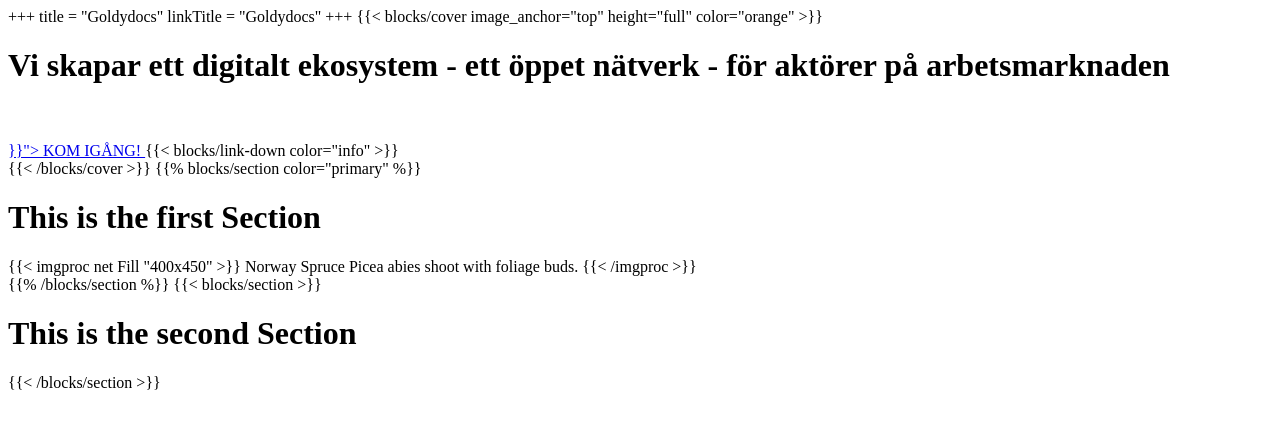
Repository: rudasn/docsy-cms-netlify
Page: content/sv/_index.html
An editor plug-in stored every save of this project. The page is shown before and after the next save, followed by the edit.
The browser window is 1280 px wide. The pictures show the whole page.

Above is the page before, as saved 2021-05-07 08:20:19.

### content/sv/_index.html
+++
title = "Goldydocs"
linkTitle = "Goldydocs"

+++

{{< blocks/cover  image_anchor="top" height="full" color="orange" >}}
<h1>Vi skapar ett digitalt ekosystem - ett öppet nätverk - för aktörer
	på arbetsmarknaden
</h1>
<br><br>
<div class="mx-auto">
	<a class="button -lg btn-white mr-3 mb-4" href="{{< relref "/docs" >}}">
		KOM IGÅNG! <i class="fas fa-arrow-alt-circle-right ml-2"></i>
	</a>

	{{< blocks/link-down color="info" >}}
</div>
{{< /blocks/cover >}}


{{% blocks/section color="primary" %}}
<div class="col-8">
	<h1 class="text-left">This is the first Section</h1>
</div>

<div class="col-4">
	{{< imgproc net Fill "400x450" >}}
	Norway Spruce Picea abies shoot with foliage buds.
	{{< /imgproc >}}

</div>
{{% /blocks/section %}}

<!--
{{< blocks/section color="dark" >}}
{{% blocks/feature icon="fa-lightbulb" title="New chair metrics!" %}}
The Goldydocs UI now shows chair size metrics by default.

Please follow this space for updates!
{{% /blocks/feature %}}


{{% blocks/feature icon="fab fa-github" title="Contributions welcome!" url="https://github.com/google/docsy-example" %}}
We do a [Pull Request](https://github.com/google/docsy-example/pulls) contributions workflow on **GitHub**. New users are always welcome!
{{% /blocks/feature %}}


{{% blocks/feature icon="fab fa-twitter" title="Follow us on Twitter!" url="https://twitter.com/docsydocs" %}}
For announcement of latest features etc.
{{% /blocks/feature %}}


{{< /blocks/section >}}
-->

{{< blocks/section >}}
<div class="col">
<h1 class="text-center">This is the second Section</h1>
</div>

{{< /blocks/section >}}


<!--
{{< blocks/section >}}
{{% blocks/feature icon="fab fa-app-store-ios" title="Download **from AppStore**" %}}
Get the Goldydocs app!
{{% /blocks/feature %}}


{{% blocks/feature icon="fab fa-github" title="Contributions welcome!" url="https://github.com/google/docsy-example" %}}
We do a [Pull Request](https://github.com/google/docsy-example/pulls) contributions workflow on **GitHub**. New users are always welcome!
{{% /blocks/feature %}}


{{% blocks/feature icon="fab fa-twitter" title="Follow us on Twitter!" url="https://twitter.com/GoHugoIO" %}}
For announcement of latest features etc.
{{% /blocks/feature %}}


{{< /blocks/section >}}
-->
<!--
{{< blocks/section >}}

<div class="col-12">
<h1 class="text-center">This is another Section</h1>
</div>

{{< /blocks/section >}}
-->

After the next save:
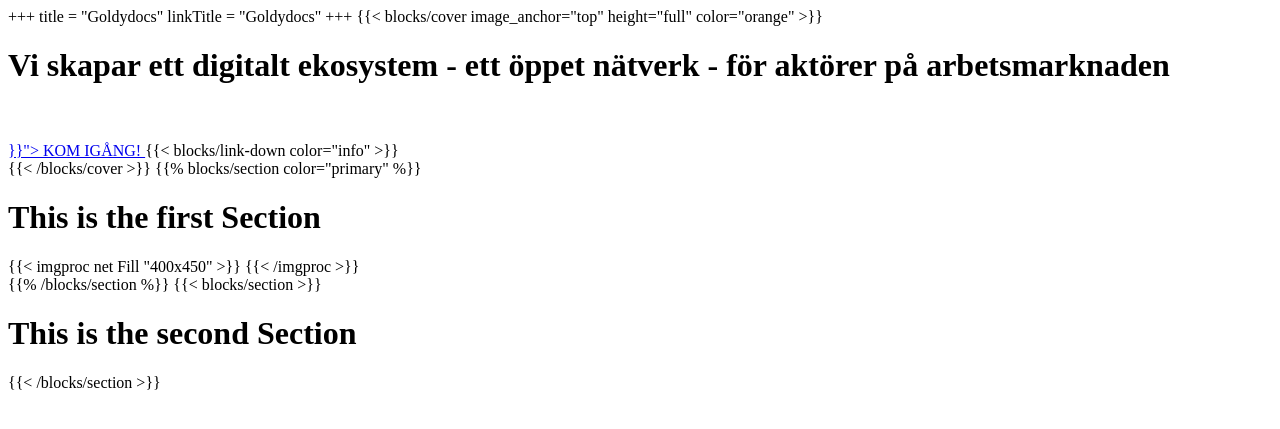
Saved 16 s later.
--- a/content/sv/_index.html
+++ b/content/sv/_index.html
@@ -26,7 +26,7 @@ linkTitle = "Goldydocs"
 
 <div class="col-4">
 	{{< imgproc net Fill "400x450" >}}
-	Norway Spruce Picea abies shoot with foliage buds.
+
 	{{< /imgproc >}}
 
 </div>
